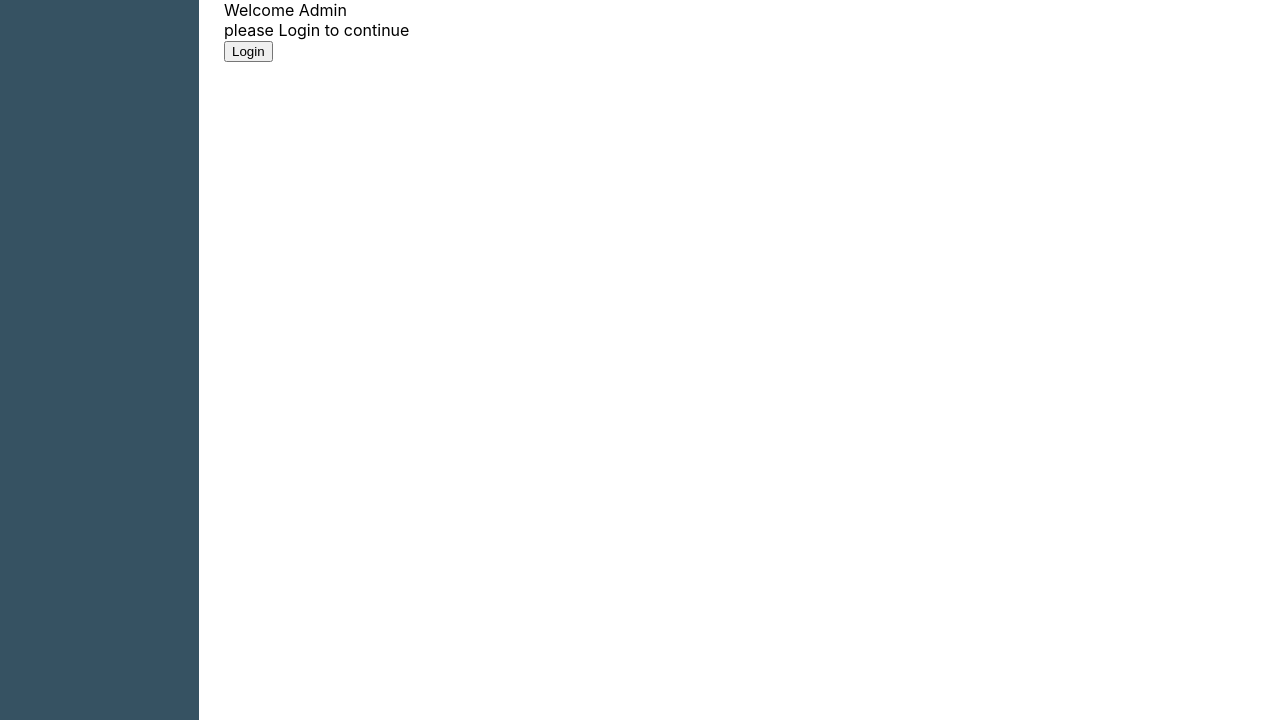
Repository: tatvanhco/shopee-admin
Page: /login
An editor plug-in stored every save of this project. The page is shown before and after a run of saves, followed by the edit.
The browser window is 1280 px wide. The pictures show the whole page.
The project was rebuilt for these pictures with package versions that can differ from the ones it lists, and the page was loaded fresh each time. Also part of the build but not shown: src/components/common/NotFound.tsx, src/components/common/PrivateRoute.tsx, src/components/layout/Innercontext.tsx, src/components/layout/dashboard.tsx, src/components/layout/productManager.tsx, src/components/layout/ManageOrders.tsx, src/components/layout/catalogManager.tsx, src/components/layout/customerManager.tsx and 5 more.

Above is the page before, as saved 2022-09-28 17:16:53.

After the next 2 saves:
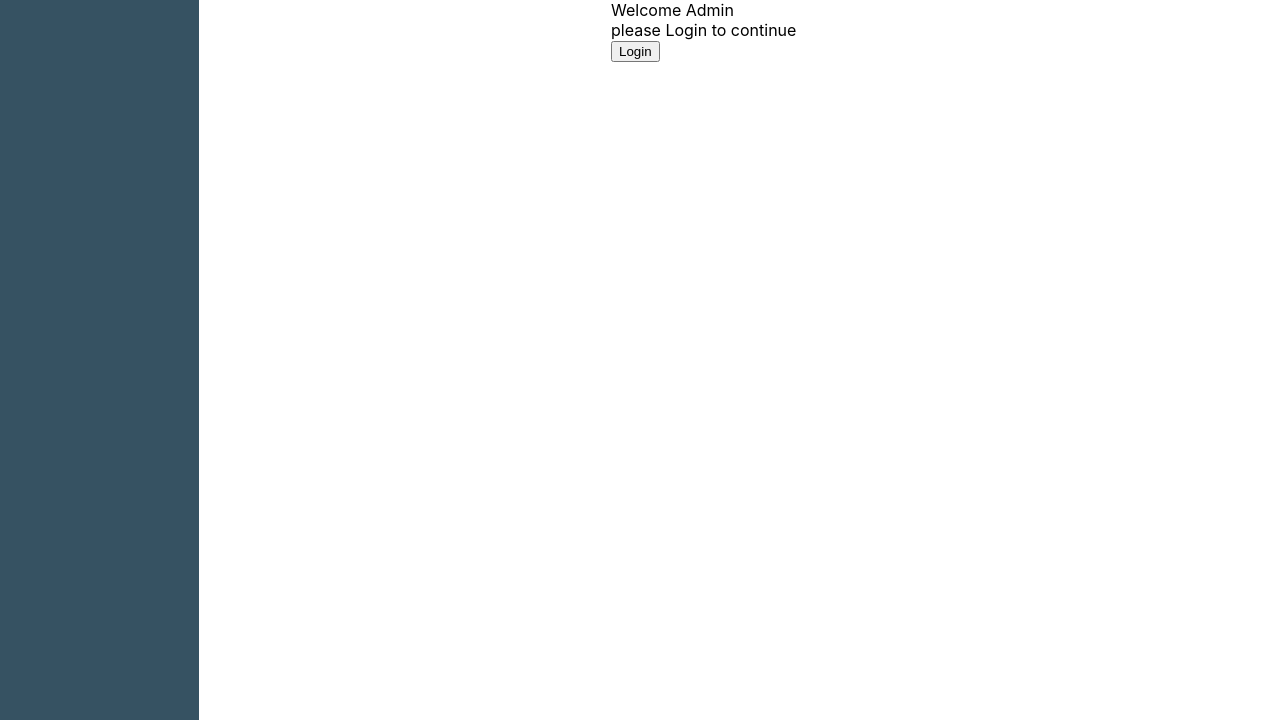
The 2 saves are shown as one change because they came seconds apart.
The last was saved 9 s later.
--- a/src/features/auth/pages/pages.module.scss
+++ b/src/features/auth/pages/pages.module.scss
@@ -1,5 +1,5 @@
 .Login_from {
     width: 250px;
     height: 400px;
-    padding: 0 auto;
+    margin: 0 auto;
 }
